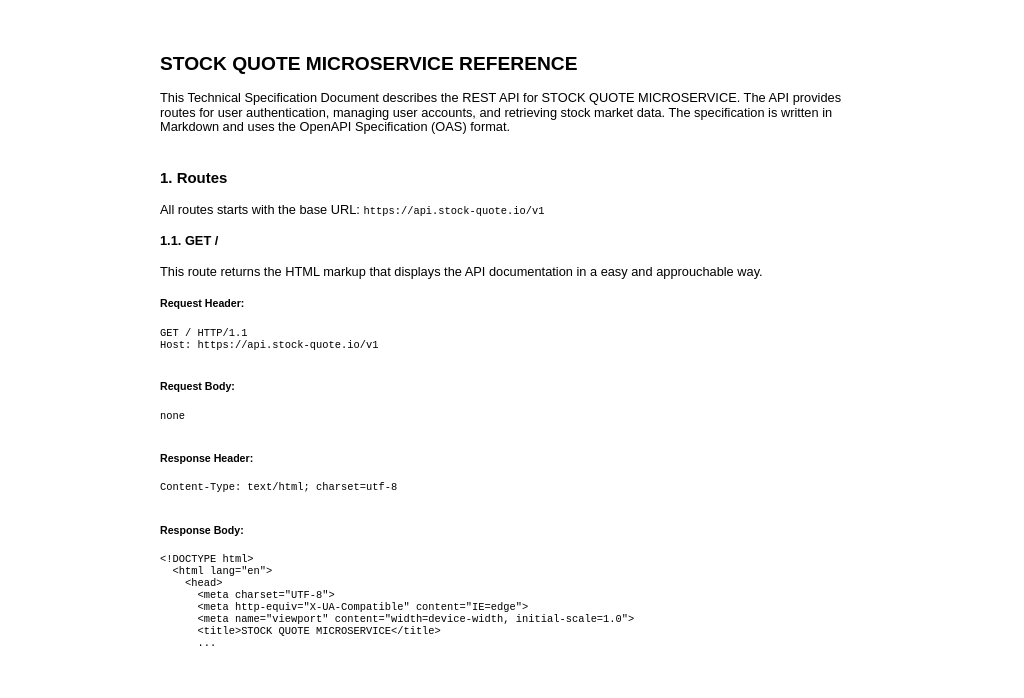
Repository: miguelamello/nest-js
Page: stock-service/reference.html
An editor plug-in stored every save of this project. The page is shown before and after a run of saves, followed by the edit.
The browser window is 1280 px wide. The pictures show the whole page, at 80% of full size.

Above is the page before, as saved 2023-04-03 13:49:12.

### stock-service/reference.html
<!DOCTYPE html>
<html lang="en">
<head>
  <meta charset="UTF-8">
  <meta http-equiv="X-UA-Compatible" content="IE=edge">
  <meta name="viewport" content="width=device-width, initial-scale=1.0">
  <title>STOCK QUOTE MICROSERVICE</title>
  <style>
    body {
      font-family: Arial, Helvetica, sans-serif;
      padding: 3% 15%;
    }
    h3 {
      margin-top: 5%;
    }
    pre {
      margin: 0;
      overflow: auto;
    }
  </style>
</head>
<body>
  <h2>STOCK QUOTE MICROSERVICE REFERENCE</h2>
  <p>
    This Technical Specification Document describes the REST API for STOCK QUOTE MICROSERVICE.
    The API provides routes for user authentication, managing user accounts, and retrieving stock market data.
    The specification is written in Markdown and uses the OpenAPI Specification (OAS) format.
  </p>

  <p>
    <h3>1. Routes</h3>
    <p>
      All routes starts with the base URL: <code>https://api.stock-quote.io/v1</code>
    </p>
  </p>

  <p>
    <h4>1.1. GET /</h4>
    This route returns the HTML markup that displays the API
    documentation in a easy and approuchable way.
  </p>
  <h5>Request Header:</h5>
  <pre>
GET / HTTP/1.1
Host: https://api.stock-quote.io/v1
  </pre>

  <h5>Request Body:</h5>
  <pre>
none
  </pre>

  <h5>Response Header:</h5>
  <pre>
Content-Type: text/html; charset=utf-8
  </pre>

  <h5>Response Body: </h5>

  <pre>
&lt;!DOCTYPE html&gt;
  &lt;html lang="en"&gt;
    &lt;head&gt;
      &lt;meta charset="UTF-8"&gt;
      &lt;meta http-equiv="X-UA-Compatible" content="IE=edge"&gt;
      &lt;meta name="viewport" content="width=device-width, initial-scale=1.0"&gt;
      &lt;title&gt;STOCK QUOTE MICROSERVICE&lt;/title&gt;
      ...
  </pre>

</body>
</html>

After the next 2 saves:
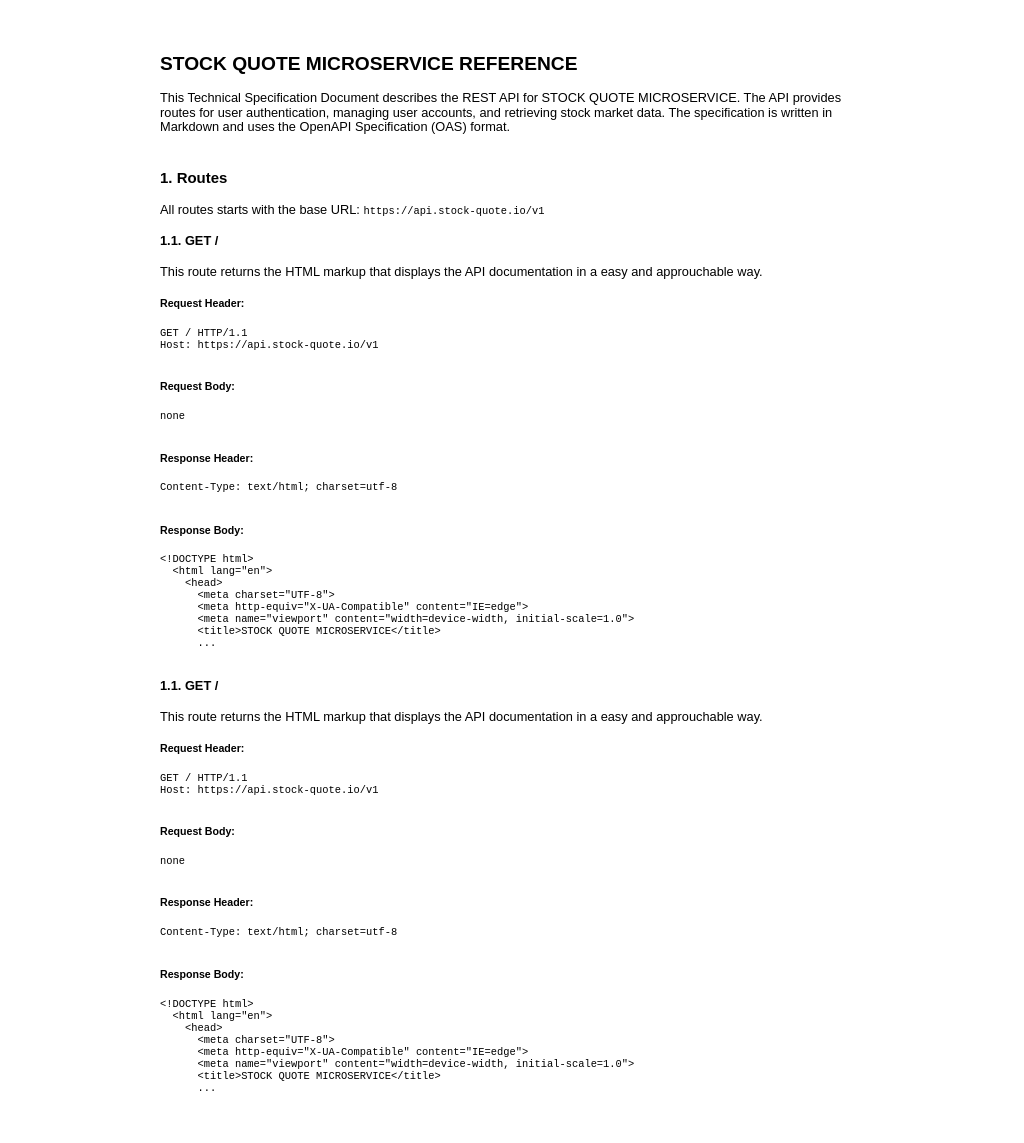
The 2 saves are shown as one change because they came seconds apart.
The last was saved 40 s later.
--- a/stock-service/reference.html
+++ b/stock-service/reference.html
@@ -68,5 +68,39 @@ Content-Type: text/html; charset=utf-8
       ...
   </pre>
 
+  <p>
+    <h4>1.1. GET /</h4>
+    This route returns the HTML markup that displays the API
+    documentation in a easy and approuchable way.
+  </p>
+  <h5>Request Header:</h5>
+  <pre>
+GET / HTTP/1.1
+Host: https://api.stock-quote.io/v1
+  </pre>
+
+  <h5>Request Body:</h5>
+  <pre>
+none
+  </pre>
+
+  <h5>Response Header:</h5>
+  <pre>
+Content-Type: text/html; charset=utf-8
+  </pre>
+
+  <h5>Response Body: </h5>
+
+  <pre>
+&lt;!DOCTYPE html&gt;
+  &lt;html lang="en"&gt;
+    &lt;head&gt;
+      &lt;meta charset="UTF-8"&gt;
+      &lt;meta http-equiv="X-UA-Compatible" content="IE=edge"&gt;
+      &lt;meta name="viewport" content="width=device-width, initial-scale=1.0"&gt;
+      &lt;title&gt;STOCK QUOTE MICROSERVICE&lt;/title&gt;
+      ...
+  </pre>
+
 </body>
 </html>
